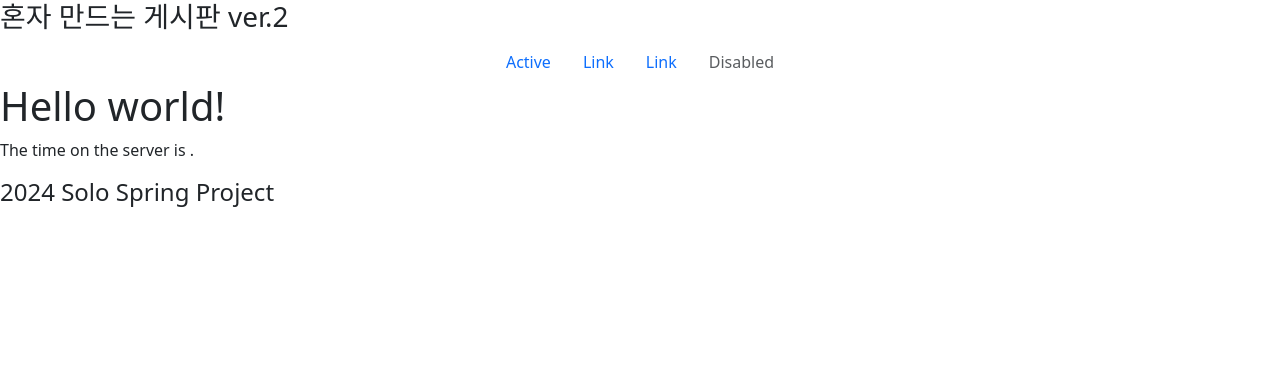
Repository: nefer2/Spring_test
Page: http://localhost/spring_test7/WEB-INF/views/index.jsp
The author's editor kept a copy of each file at every save. The page is drawn from the files as they stood at one save, then again after the next save.
The browser window is 1280 px wide. The pictures show the whole page.
The page is served by Tomcat 9. Nobody is signed in. The template is opened directly, without the code that normally fills it, so the values that code supplies are empty.

Above is the page before, as saved 2024-01-17 02:04:23.

After the next save:
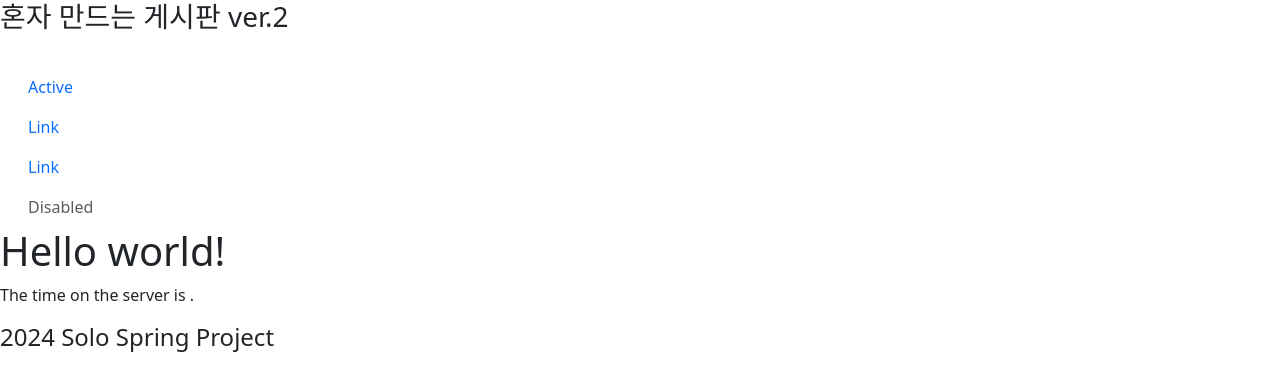
Saved 50 s later.
--- a/spring_test7/src/main/webapp/WEB-INF/views/layout/navbar.jsp
+++ b/spring_test7/src/main/webapp/WEB-INF/views/layout/navbar.jsp
@@ -7,8 +7,12 @@
 
 
 <ul class="nav justify-content-center">
+  <div class="container-fluid">
+    <button class="navbar-toggler" type="button" data-bs-toggle="collapse" data-bs-target="#navbarNav" aria-controls="navbarNav" aria-expanded="false" aria-label="Toggle navigation">
+      <span class="navbar-toggler-icon"></span>
+    </button>
   <li class="nav-item">
-    <a class="nav-link active" aria-current="page" href="#">Active</a>
+    <a class="nav-link active" aria-current="page" qhref="#">Active</a>
   </li>
   <li class="nav-item">
     <a class="nav-link" href="#">Link</a>

After the 2 saves that followed:
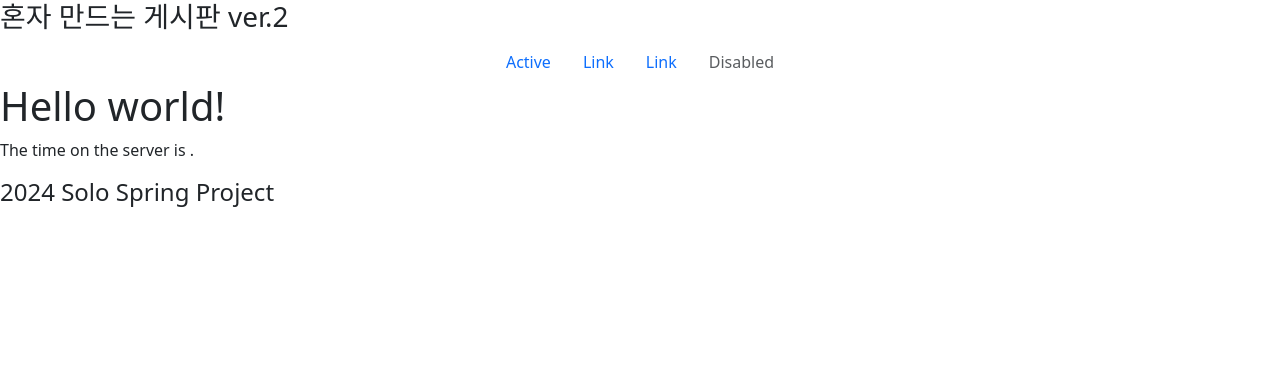
The 2 saves are shown as one change because they came seconds apart.
The last was saved 13 s later.
--- a/spring_test7/src/main/webapp/WEB-INF/views/layout/navbar.jsp
+++ b/spring_test7/src/main/webapp/WEB-INF/views/layout/navbar.jsp
@@ -7,12 +7,9 @@
 
 
 <ul class="nav justify-content-center">
-  <div class="container-fluid">
-    <button class="navbar-toggler" type="button" data-bs-toggle="collapse" data-bs-target="#navbarNav" aria-controls="navbarNav" aria-expanded="false" aria-label="Toggle navigation">
-      <span class="navbar-toggler-icon"></span>
-    </button>
+
   <li class="nav-item">
-    <a class="nav-link active" aria-current="page" qhref="#">Active</a>
+    <a class="nav-link active" aria-current="page" href="#">Active</a>
   </li>
   <li class="nav-item">
     <a class="nav-link" href="#">Link</a>
